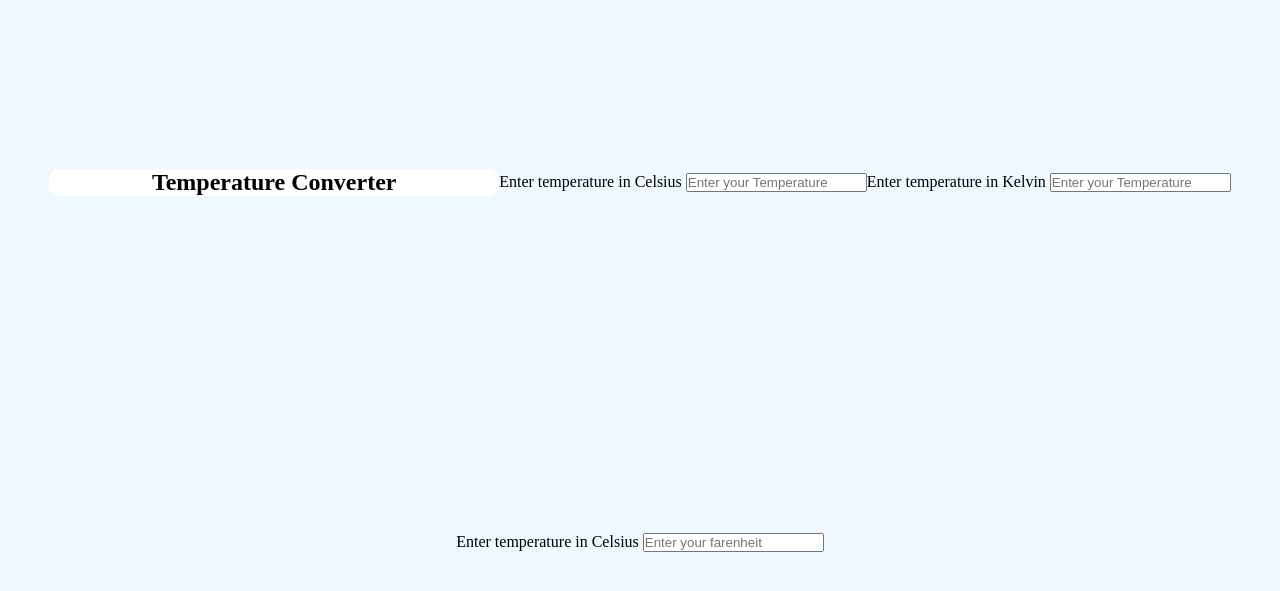
Repository: JunaidAnsari202/Temperature-Converter
Page: index.html
The author's editor kept a copy of each file at every save. The page is drawn from the files as they stood at one save, then again after a run of saves.
The browser window is 1280 px wide. The pictures show the whole page.

Above is the page before, as saved 2024-10-16 13:23:17.
Not found: script,js

### index.html
<!DOCTYPE html>
<html lang="en">
<head>
    <meta charset="UTF-8">
    <meta name="viewport" content="width=device-width, initial-scale=1.0">
    <title>Temperatue converter</title>
    <link rel="stylesheet" href="style.css">
</head>
<body>
  <div class="container">
    <div class="header">
        <h2>Temperature Converter</h2>
    </div>
  </div>
  <div class="input1">
    <label for="input1">  Enter temperature in Celsius </label>
    <input type="number" id="calsius" placeholder="Enter your Temperature">
  </div>
  <div class="input2">
    <label for="input2">  Enter temperature in Kelvin </label>
    <input type="number" id="kelvin" placeholder="Enter your Temperature">
  </div>
  <div class="input3">
    <label for="input3">  Enter temperature in Celsius </label>
    <input type="number" id="farenheit" placeholder="Enter your farenheit">
  </div>
    <script src="script,js"></script>
</body>
</html>

### style.css
*{
    margin: 0;
    padding: 0;
    box-sizing: border-box;
}

body{
    background-color: aliceblue;
    display: flex;
    justify-content: center;
    align-items: center;
    height: 100vh;
    flex-wrap: wrap;
}

.container{
    width: 450px;
    background-color: white;
    border-radius: 10px;
    text-align: center;
}

After the next 7 saves:
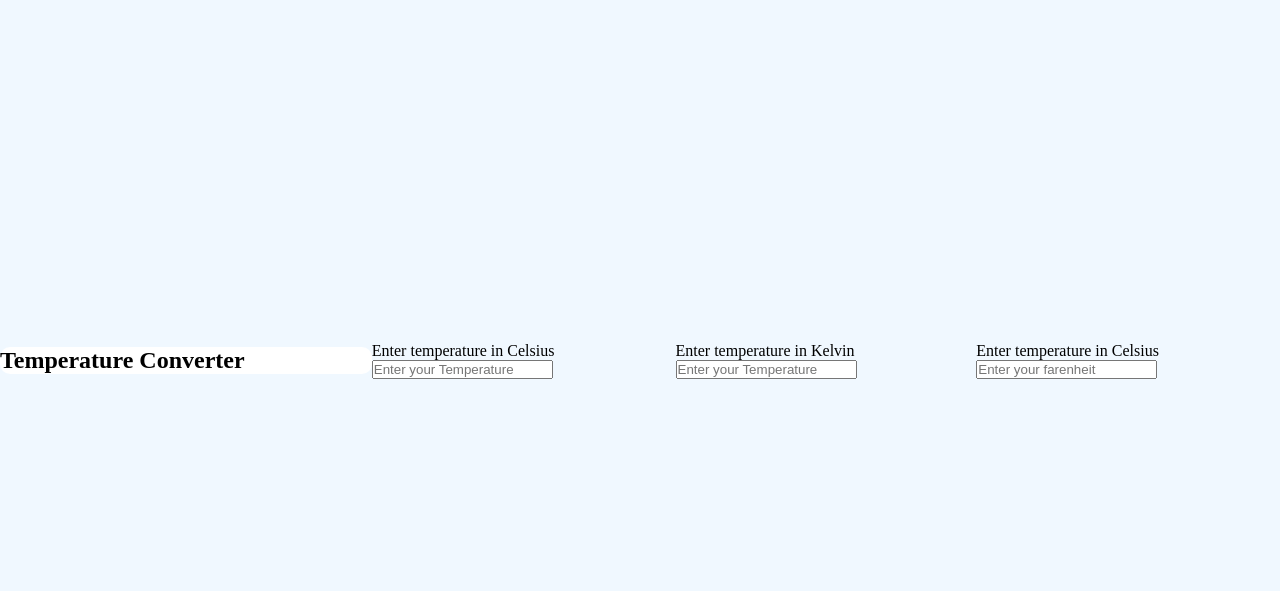
The 7 saves are shown as one change because they came seconds apart.
The last was saved 28 s later.
--- a/style.css
+++ b/style.css
@@ -10,7 +10,7 @@ body{
     justify-content: center;
     align-items: center;
     height: 100vh;
-    flex-wrap: wrap;
+
 }
 
 .container{
@@ -18,4 +18,6 @@ body{
     background-color: white;
     border-radius: 10px;
     text-align: center;
+    display: flex;
+    flex-wrap: wrap;
 }
